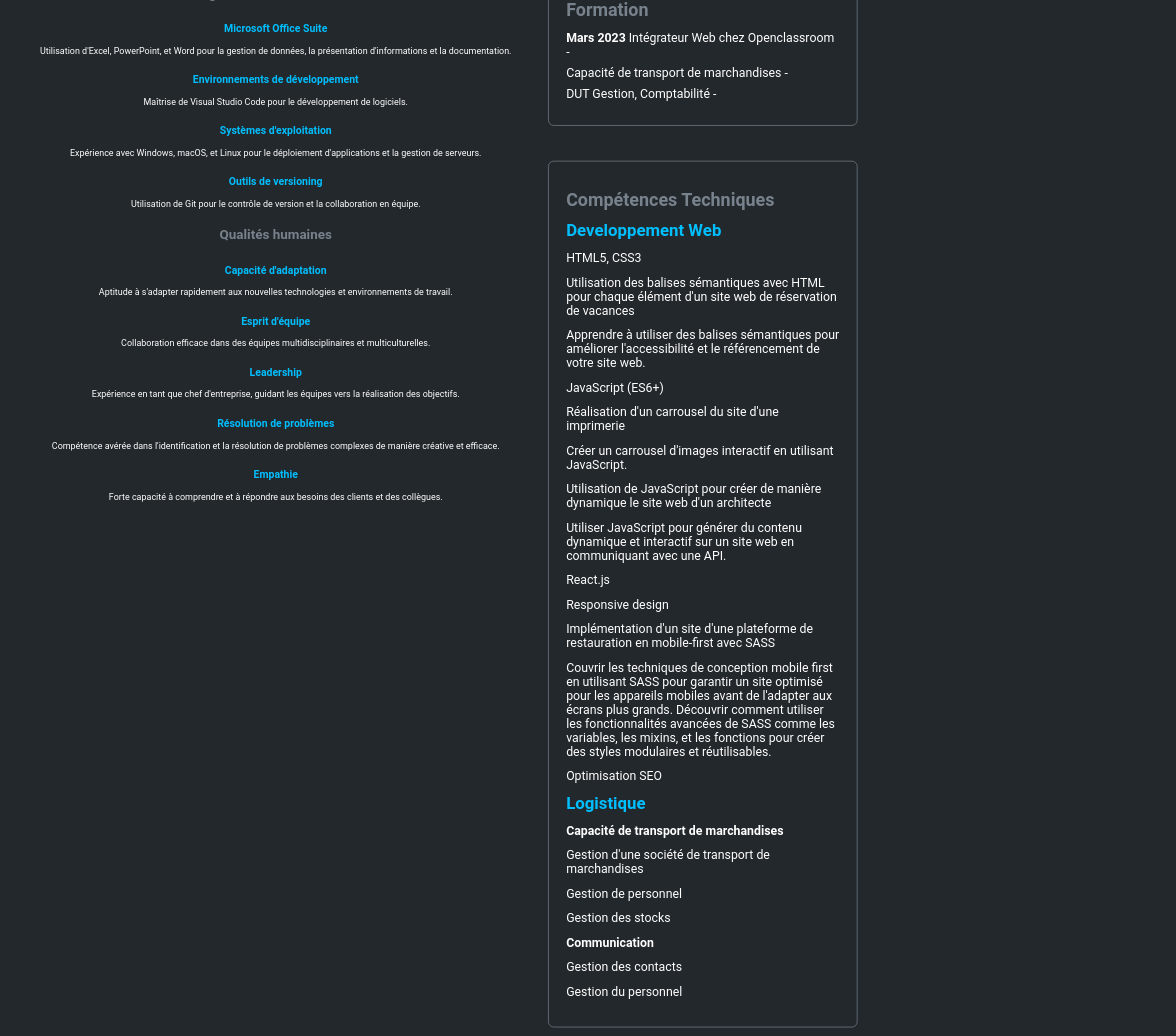
Repository: Christian121966/cv-logistique
Page: /
The author's editor kept a copy of each file at every save. The page is drawn from the files as they stood at one save, then again after the next save.
The browser window is 1280 px wide. The page is 1680 px wide, so the pictures cover 1680 px, including what lies to the right of the window. The pictures show the part of the page from y = 304 to 1784 px (the page is 2702 px tall), at 70% of full size.
The project was rebuilt for these pictures with package versions that can differ from the ones it lists, and the page was loaded fresh each time.

Above is the page before, as saved 2024-07-28 07:09:15.

### public/index.html
<!DOCTYPE html>
<html lang="en">
  <head>
    <meta charset="utf-8" />
    <link rel="icon" href="%PUBLIC_URL%/favicon.ico" />
    <meta name="viewport" content="width=device-width, initial-scale=1" />
    <meta name="theme-color" content="#000000" />
    <meta name="description" content="Curriculum Vitae de Christian Boissy, développeur web front-end" />
    <meta name="keywords" content="Christian Boissy, CV, développeur front-end, React, Node.js, JavaScript" />
    <meta name="author" content="Christian Boissy" />

    <!-- Open Graph Meta Tags -->
    <meta property="og:title" content="CV de Christian Boissy" />
    <meta property="og:description" content="Curriculum Vitae de Christian Boissy, développeur web front-end" />
    <meta property="og:image" content="%PUBLIC_URL%/logo192.png" />
    <meta property="og:url" content="https://christian121966.github.io/cv-christian-boissy/" />
    <meta property="og:type" content="website" />

    <!-- Twitter Card Meta Tags -->
    <meta name="twitter:card" content="summary_large_image" />
    <meta name="twitter:title" content="CV de Christian Boissy" />
    <meta name="twitter:description" content="Curriculum Vitae de Christian Boissy, développeur web front-end" />
    <meta name="twitter:image" content="%PUBLIC_URL%/logo192.png" />

    <link rel="apple-touch-icon" href="%PUBLIC_URL%/logo192.png" />
    <link rel="manifest" href="%PUBLIC_URL%/manifest.json" />
    <title>CV-CHRISTIAN-BOISSY</title>

    <!-- Google Analytics -->
    <script async src="https://www.googletagmanager.com/gtag/js?id=G-K4EJ3NRTQS"></script>
    <script>
      window.dataLayer = window.dataLayer || [];
      function gtag(){dataLayer.push(arguments);}
      gtag('js', new Date());
      gtag('config', 'G-K4EJ3NRTQS');
    </script>
  </head>
  <body>
    <noscript>You need to enable JavaScript to run this app.</noscript>
    <div id="root"></div>
    <!--
      This HTML file is a template.
      If you open it directly in the browser, you will see an empty page.

      You can add webfonts, meta tags, or analytics to this file.
      The build step will place the bundled scripts into the <body> tag.

      To begin the development, run `npm start` or `yarn start`.
      To create a production bundle, use `npm run build` or `yarn build`.
    -->
  </body>
</html>

### src/index.js
import React from 'react';
import ReactDOM from 'react-dom/client';
import './index.css';
import App from './App';
import ReactGA from 'react-ga4';

ReactGA.initialize('G-K4EJ3NRTQS', {
  cookieFlags: 'SameSite=None; Secure'
});

ReactGA.send('pageview');

const root = ReactDOM.createRoot(document.getElementById('root'));
root.render(
  <React.StrictMode>
    <App />
  </React.StrictMode>
);

### src/App.js
import React from 'react';
import './App.css';
import Footer from './components/Footer';
import Section from './components/Section';
import Sidebar from './components/Sidebar';
import Formation from './components/Formation';
import CompetencesTechniques from './components/CompetencesTechniques';
import ExperiencesProfessionnelles from './components/ExperiencesProfessionnelles';

function App() {
  return (
    <div className="App">
      <header className="cv-title">
        <h1>Développeur - intégrateur Web</h1>
      </header>
      <div className="container">
        <Sidebar />
        <main>
          <div className="card">
            <Section title="Formation">
              <Formation />
            </Section>
          </div>
          <div className="card">
            <Section title="Compétences Techniques">
              <CompetencesTechniques />
            </Section>
          </div>
          <div className="card">
            <Section title="Expériences Professionnelles">
              <ExperiencesProfessionnelles />
            </Section>
          </div>
        </main>
      </div>
      <Footer />
    </div>
  );
}

export default App;

### src/App.css
@charset "UTF-8";
/* Variables de couleurs */
/* Mixins */
*,
*::before,
*::after {
  box-sizing: border-box;
  margin: 0;
  padding: 0;
}

body {
  background-color: rgb(35, 40, 45);
  color: rgb(255, 255, 255);
  font-family: "Roboto", sans-serif;
  padding: 0;
  margin: 0;
  overflow-x: hidden;
  overflow-y: auto;
}
body header.cv-title {
  display: flex;
  justify-content: center;
  position: relative;
  top: 185px;
  left: 0;
  margin-bottom: 2px;
}
body header.cv-title h1 {
  color: rgb(120, 130, 140);
  font-size: 1em;
}
body .container {
  display: flex;
  flex-direction: column;
  padding: 10px;
}
body .container .container {
  display: flex;
  flex-direction: column;
  padding: 10px;
}
body .container .sidebar {
  width: 100%;
  font-size: 0.8em;
  display: flex;
  flex-direction: column;
  justify-content: center;
  align-items: center;
  padding: 2px;
}
body .container .sidebar h2 {
  font-size: 1.5em;
  text-align: center;
  margin: 15px 0 15px 0;
  color: rgb(120, 130, 140);
}
body .container .sidebar .profile-photo {
  width: 150px;
  height: 150px;
  border-radius: 50%;
  margin-bottom: 30px;
  cursor: pointer;
  transition: width 0.3s ease, height 0.3s ease;
}
body .container .sidebar .profile-photo:hover {
  width: 360px;
  height: 360px;
  border-radius: 50%;
  margin-bottom: 30px;
}
body .container .sidebar address {
  margin-top: 15px;
}
body .container .sidebar address a {
  color: mediumaquamarine;
}
body .container .sidebar ul {
  list-style-type: none;
  text-align: center;
}
body .container .sidebar ul h3 {
  margin: 15px 0 15px 0;
  color: deepskyblue;
}
body .container .sidebar ul li {
  display: flex;
  flex-direction: column;
  margin-bottom: 10px;
  overflow-y: auto;
}
body .container .sidebar ul li li > span {
  display: block; /* Assurez-vous que span est affiché comme bloc */
  text-align: center; /* Exemple de centrage de span */
  color: #777; /* Exemple de couleur de texte */
}
body main {
  margin: 0;
}
body section h2 {
  font-size: 1.2em;
  margin: 15px 0 15px 0;
}
body .card {
  margin: 5px;
  padding: 10px;
  background: rgb(35, 40, 45);
  border: 1px solid rgb(120, 130, 140);
  border-radius: 8px;
}
body .card div, body .card ul {
  font-size: 0.9em;
  list-style-type: none;
  margin-bottom: 10px;
}
body .card h2 {
  color: rgb(120, 130, 140);
}
body .card h3 {
  font-size: 1.1em;
  margin: 15px 0 15px 0;
  color: deepskyblue;
}
body li {
  margin-bottom: 15px;
}
body p {
  font-size: 1em;
}
body footer p {
  font-size: 0.6em;
  display: flex;
  justify-content: center;
  text-align: center;
}

/* Pour les écrans de 320px à 425px */
@media screen and (max-width: 425px) {
  body header.cv-title {
    position: relative;
    top: 190px;
    left: 0;
    margin-bottom: 2px;
    text-align: center;
  }
  body header.cv-title h1 {
    color: rgb(120, 130, 140);
    font-size: 1.2em;
  }
  body .container {
    display: flex;
    flex-direction: column;
    padding: 10px;
  }
  body .sidebar {
    width: 100%;
    font-size: 0.8em;
    display: flex;
    flex-direction: column;
    justify-content: center;
    align-items: center;
    padding: 2px;
  }
  body .sidebar h2 {
    font-size: 1.1em;
    text-align: center;
    margin: 15px 0;
    color: rgb(120, 130, 140);
  }
  body .sidebar .profile-photo {
    width: 150px;
    height: 150px;
    border-radius: 50%;
    margin-bottom: 30px;
  }
  body .sidebar address {
    margin-top: 0;
  }
  body .sidebar address a {
    color: mediumaquamarine;
  }
  body .sidebar ul {
    list-style-type: none;
  }
  body .sidebar ul h3 {
    margin: 15px 0;
    color: deepskyblue;
    text-align: center;
  }
  body .sidebar ul li {
    margin-bottom: 10px;
    text-align: center;
  }
  body .sidebar ul li span {
    display: block;
    color: #ccc;
  }
  body main {
    margin: 0;
    padding: 15px;
  }
  body section h2 {
    font-size: 1.3em;
    margin: 15px 0;
  }
  body .card {
    margin: 10px;
    padding: 12px;
    background: rgb(35, 40, 45);
    border: 1px solid rgb(120, 130, 140);
    border-radius: 8px;
  }
  body .card div, body .card ul {
    font-size: 0.9em;
    list-style-type: none;
  }
  body .card h3 {
    font-size: 1.2em;
    margin: 15px 0;
    color: deepskyblue;
  }
  body p {
    font-size: 1em;
  }
  body footer p {
    font-size: 0.8em;
    display: flex;
    justify-content: center;
    text-align: center;
    margin: 10px;
  }
}
/* Pour les écrans de 768px et plus */
@media screen and (min-width: 768px) {
  body header.cv-title {
    top: 140px;
    left: 160px;
    margin-bottom: 20px;
  }
  body header.cv-title h1 {
    font-size: 1.5em;
  }
  body .container {
    display: flex;
    flex-direction: row;
    padding: 25px;
  }
  body .sidebar {
    width: 35%;
    font-size: 1.1em;
    padding: 15px;
    display: flex;
    flex-direction: column;
    justify-content: flex-start;
    align-items: center;
    height: 100vh;
  }
  body .sidebar .profile-photo {
    width: 180px;
    height: 180px;
  }
  body .sidebar h2 {
    font-size: 1.3em;
  }
  body main {
    width: 65%;
    padding: 0 25px;
    display: flex;
    flex-direction: column;
    margin-top: 150px;
  }
  body section h2 {
    font-size: 1.5em;
  }
  body .card {
    margin: 20px 0;
    padding: 20px;
    background: rgb(35, 40, 45);
    border: 1px solid rgb(120, 130, 140);
    border-radius: 8px;
  }
  body .card div, body .card ul {
    font-size: 0.9em;
  }
  body .card h3 {
    font-size: 1.4em;
  }
  body p {
    font-size: 0.9em;
  }
  footer {
    display: flex;
    justify-content: center;
    align-items: center;
    margin-top: 20px;
  }
  footer p {
    font-size: 0.8em;
  }
}
/* Pour les écrans de 1024px et plus */
@media screen and (min-width: 1024px) {
  body header.cv-title {
    top: 170px;
    left: 400px;
    margin-bottom: 25px;
    overflow-y: hidden;
    overflow-x: hidden;
  }
  body header.cv-title h1 {
    font-size: 1.7em;
  }
  body .container {
    padding: 30px;
  }
  body .sidebar {
    width: 35%;
    font-size: 1.2em;
    padding: 20px;
  }
  body .sidebar .profile-photo {
    width: 190px;
    height: 190px;
  }
  body .sidebar h2 {
    font-size: 1.4em;
  }
  body section h2 {
    font-size: 1.6em;
  }
  body .card {
    margin: 25px 0;
    padding: 25px;
  }
  body .card div, body .card ul {
    font-size: 1.1em;
  }
  body .card h3 {
    font-size: 1.5em;
  }
  body p {
    font-size: 1em;
  }
}/*# sourceMappingURL=App_20240728070915.css.map */

### src/components/Footer.js
import React from 'react';

const Footer = () => {
  return (
    <footer>
      <p>© 2024 Christian Boissy. Tous droits réservés.</p>
    </footer>
  );
};

export default Footer;

### src/components/Section.js
import React from 'react';

const Section = ({ title, children }) => {
  return (
    <section>
      <h2>{title}</h2>
      {children}
    </section>
  );
};

export default Section;

### src/components/Sidebar.js
import React from 'react';
import ReactGA from 'react-ga4';

function handleEmailClick() {
  ReactGA.event({
    category: 'User',
    action: 'Clicked on Email Link',
    label: 'Email'
  });
}

function handleLinkedInClick() {
  ReactGA.event({
    category: 'User',
    action: 'Clicked on LinkedIn Link',
    label: 'LinkedIn'
  });
}

const Sidebar = () => {
  return (
    <aside className="sidebar">
      <img src={`${process.env.PUBLIC_URL}/images/Chris.png`} alt="Chris" className="profile-photo" />
      <h1>Christian Boissy</h1>
      <address>
        Tel : 0669311966<br />
        <a href="mailto:boissychristian@gmail.com" onClick={handleEmailClick}>boissychristian@gmail.com</a><br />
        <a href="https://linkedin.com/in/christian-boissy-272b68181" target="_blank" rel="noopener noreferrer" onClick={handleLinkedInClick}>
          linkedin.com/in/christian-boissy-272b68181
          <p>Permis B - Véhicule</p>
        </a>
      </address>
      <h2>Compétences professionnelles et linguistiques</h2>
      <ul>
        <li>
          <h3>Communication multilingue</h3>
          <span>Maîtrise du français, Anglais scolaire.</span>
        </li>
      </ul>
      <h2>Logiciel et environnements</h2>
      <ul>
        <li>
          <h3>Microsoft Office Suite</h3>
          <span>Utilisation d'Excel, PowerPoint, et Word pour la gestion de données, la présentation d'informations et la documentation.</span>
        </li>
        <li>
          <h3>Environnements de développement</h3>
          <span>Maîtrise de Visual Studio Code pour le développement de logiciels.</span>
        </li>
        <li>
          <h3>Systèmes d'exploitation</h3>
          <span>Expérience avec Windows, macOS, et Linux pour le déploiement d'applications et la gestion de serveurs.</span>
        </li>
        <li>
          <h3>Outils de versioning</h3>
          <span>Utilisation de Git pour le contrôle de version et la collaboration en équipe.</span>
        </li>
      </ul>
      <h2>Qualités humaines</h2>
      <ul>
        <li>
          <h3>Capacité d'adaptation</h3>
          <span>Aptitude à s'adapter rapidement aux nouvelles technologies et environnements de travail.</span>
        </li>
        <li>
          <h3>Esprit d'équipe</h3>
          <span>Collaboration efficace dans des équipes multidisciplinaires et multiculturelles.</span>
        </li>
        <li>
          <h3>Leadership</h3>
          <span>Expérience en tant que chef d'entreprise, guidant les équipes vers la réalisation des objectifs.</span>
        </li>
        <li>
          <h3>Résolution de problèmes</h3>
          <span>Compétence avérée dans l'identification et la résolution de problèmes complexes de manière créative et efficace.</span>
        </li>
        <li>
          <h3>Empathie</h3>
          <span>Forte capacité à comprendre et à répondre aux besoins des clients et des collègues.</span>
        </li>
      </ul>
    </aside>
  );
};

export default Sidebar;

### src/components/Formation.js
import React from 'react';
import cvData from '../data/cvData';

function Formation() {
  return (
    <>
      {cvData.formation.map((item, index) => (
        <div key={index}>
          <strong>{item.date}</strong> {item.title} - {item.details}
        </div>
      ))}
    </>
  );
}

export default Formation;

### src/components/CompetencesTechniques.js
import React from 'react';
import cvData from '../data/cvData';

function CompetencesTechniques() {
  // Liste des éléments à mettre en gras
  const boldItems = [
    "Developpement Web",
    "Logistique",
    "Capacité de transport de marchandises",
    "CACES 1, 2, 3 & 5",
    "Communication"
  ];

  // Fonction pour vérifier si l'élément doit être en gras
  const isBold = (item) => {
    return boldItems.some(boldItem => item.includes(boldItem));
  };

  return (
    <>
      <h3>Developpement Web</h3>
      <ul>
        {cvData.competences.developpementWeb.map((item, index) => (
          <li key={index} className={item.title ? 'li_title' : ''}>
            {item.text}
          </li>
        ))}
      </ul>
      <h3>Logistique</h3>
      <ul>
        {cvData.competences.logistique.map((item, index) => (
          <li key={index}>
            {isBold(item) ? <strong>{item}</strong> : item}
          </li>
        ))}
      </ul>
      {/* <h3>Communication</h3>
      <ul>
        {cvData.competences.communication.map((item, index) => (
          <li key={index}>
            {isBold(item) ? <strong>{item}</strong> : item}
          </li>
        ))}
      </ul> */}
    </>
  );
}

export default CompetencesTechniques;

### src/components/ExperiencesProfessionnelles.js
import React from 'react';
import cvData from '../data/cvData';

function ExperiencesProfessionnelles() {
  // Vérifiez que cvData.experiences est défini et qu'il s'agit d'un tableau
  if (!cvData.experiences || !Array.isArray(cvData.experiences)) {
    return <div>Aucune expérience professionnelle disponible.</div>;
  }

  return (
    <div>
      {cvData.experiences.map((exp, index) => (
        <div key={index}>
          <h3>{exp.title}</h3>
          <p>{exp.date}</p>
          {exp.details && exp.details.map((detail, idx) => (
            typeof detail === 'string' ?
              <p key={idx}>{detail}</p> :
              <div key={idx}>
                <strong>{detail.highlight}</strong>
                {detail.list ? <ul>{detail.list.map((item, itemIdx) => <li key={itemIdx}>{item}</li>)}</ul> : <p>{detail.description}</p>}
              </div>
          ))}
          {/* Si exp.details n'est pas défini, affichez un message ou laissez vide */}
          {!exp.details && <p></p>}
        </div>
      ))}
    </div>
  );
}

export default ExperiencesProfessionnelles;

### src/data/cvData.js
const cvData = {
  formation: [
    {
      date: "Mars 2023",
      title: "Intégrateur Web chez Openclassroom",
      // details: "HTML/CSS - JavaScript - React - Redux - MongoDB - Git - GitHub - Responsive design"
    },
    {
      title: "Capacité de transport de marchandises",
    },
    {
      title: "DUT Gestion, Comptabilité"
    }
  ],
  competences: {
    developpementWeb: [
      { title: true, text: "HTML5, CSS3" },
      { title: false, text: "Utilisation des balises sémantiques avec HTML pour chaque élément d'un site web de réservation de vacances" },
      { title: false, text: "Apprendre à utiliser des balises sémantiques pour améliorer l'accessibilité et le référencement de votre site web." },
      { title: true, text: "JavaScript (ES6+)" },
      { title: false, text: "Réalisation d'un carrousel du site d'une imprimerie" },
      { title: false, text: "Créer un carrousel d'images interactif en utilisant JavaScript." },
      { title: false, text: "Utilisation de JavaScript pour créer de manière dynamique le site web d'un architecte" },
      { title: false, text: "Utiliser JavaScript pour générer du contenu dynamique et interactif sur un site web en communiquant avec une API." },
      { title: true, text: "React.js" },
      { title: true, text: "Responsive design" },
      { title: false, text: "Implémentation d'un site d'une plateforme de restauration en mobile-first avec SASS" },
      { title: false, text: "Couvrir les techniques de conception mobile first en utilisant SASS pour garantir un site optimisé pour les appareils mobiles avant de l'adapter aux écrans plus grands. Découvrir comment utiliser les fonctionnalités avancées de SASS comme les variables, les mixins, et les fonctions pour créer des styles modulaires et réutilisables." },
      { title: true, text: "Optimisation SEO" }
    ],
    logistique: [
      "Capacité de transport de marchandises",
      "Gestion d'une société de transport de marchandises",
      "Gestion de personnel",
      "Gestion des stocks",
      "Communication",
      "Gestion des contacts",
      "Gestion du personnel"
    ]
  },
  experiences: [
    {
      date: "Déc. 2021 - Juin 2022",
      title: "First Stop Sartrouville - Herblay",
      details: [
        { highlight: "Livraison de pneus en Ile de France, gestion des commandes et des stocks" },
      ]
    },
    {
      date: "2007 - 2021",
      title: "Gérant de société de transport - Paris",
      details: [
        { highlight: "Livraison de colis en partenariat avec Colisweb"},
        { highlight: "Livraison avec SVP"},
        { highlight: "Livraison avec CG Courses"}
      ]
    },
    {
      date: "1999 - 2007",
      title: "Cariste gestionnaire de stocks - Rougier Panneaux - Gennevilliers",
      details: [
        { highlight: "Chargement et déchargemement de colis de panneaux de bois"},
        { highlight: "Gestion du stock"},
        { highlight: "Préparation des commandes"}
      ]
    }
  ]
};

export default cvData;

Loaded but not shown: src/index.css (common file)

After the next save:
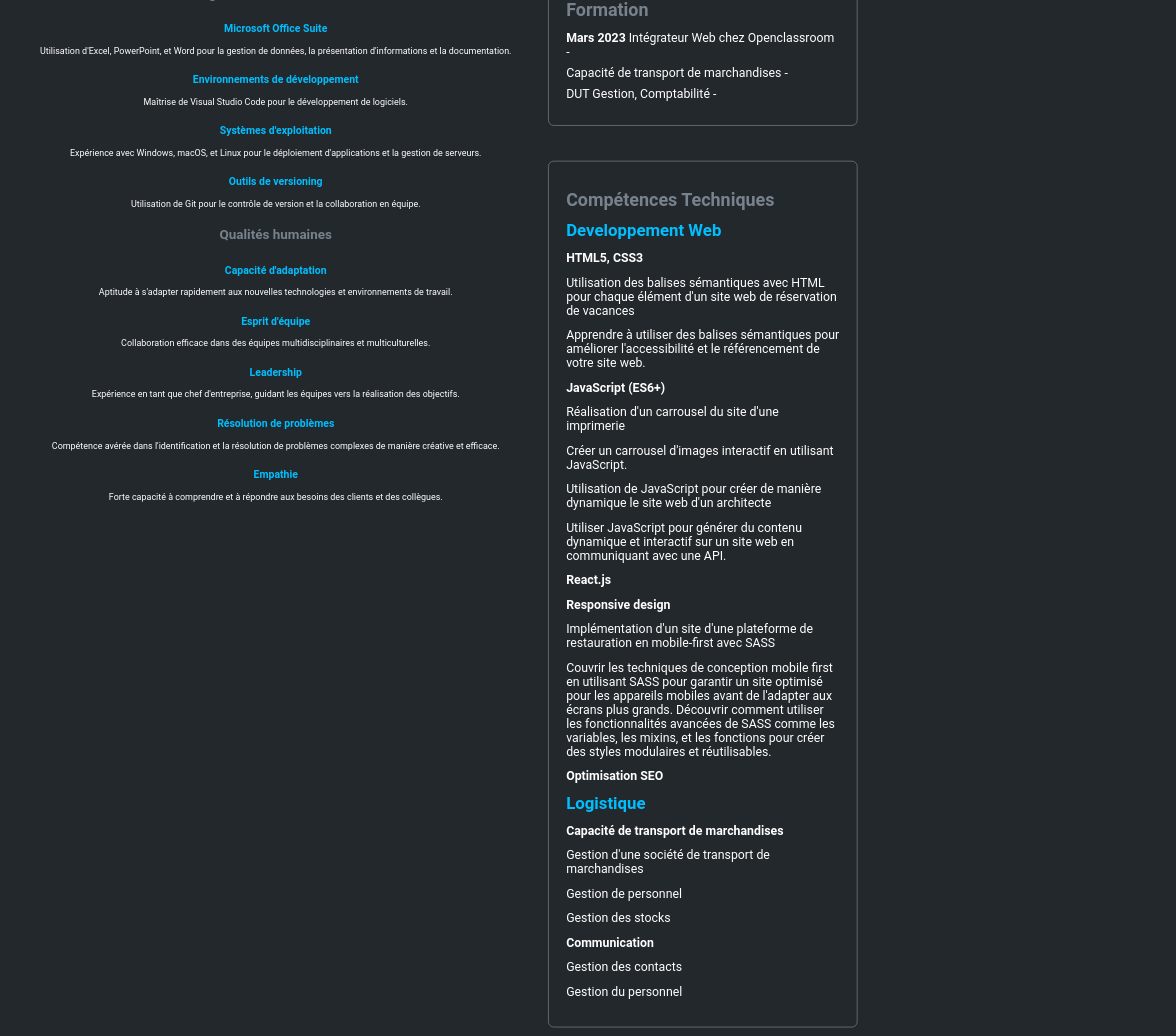
Saved 5 s later.
--- a/src/App.css
+++ b/src/App.css
@@ -124,6 +124,9 @@
 body li {
   margin-bottom: 15px;
 }
+body .li_title {
+  font-weight: bold;
+}
 body p {
   font-size: 1em;
 }
@@ -341,4 +344,4 @@
   body p {
     font-size: 1em;
   }
-}/*# sourceMappingURL=App_20240728070915.css.map */
+}/*# sourceMappingURL=App_20240728070920.css.map */
